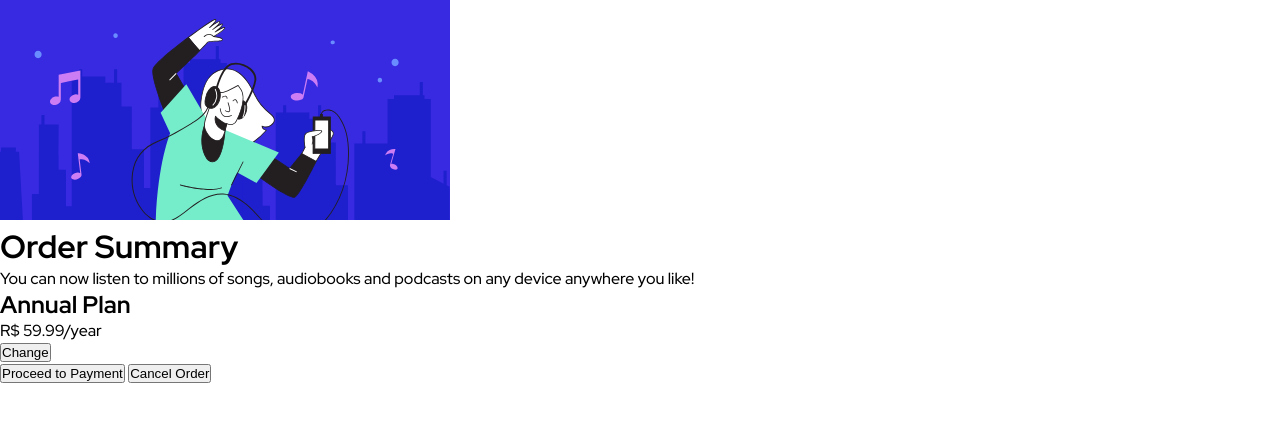
Repository: gccavalheiro/order-summary-card
Page: index.html
An editor plug-in stored every save of this project. The page is shown before and after the next save, followed by the edit.
The browser window is 1280 px wide. The pictures show the whole page.

Above is the page before, as saved 2021-12-17 01:51:45.

### index.html
<!DOCTYPE html>
<html lang="en">

<head>
  <meta charset="UTF-8" />
  <meta http-equiv="X-UA-Compatible" content="IE=edge" />
  <meta name="viewport" content="width=device-width, initial-scale=1.0" />
  <link rel="preconnect" href="https://fonts.googleapis.com">
  <link rel="preconnect" href="https://fonts.gstatic.com" crossorigin>
  <link href="https://fonts.googleapis.com/css2?family=Red+Hat+Display:wght@500;700&display=swap" rel="stylesheet">
  <link rel="icon" type="image/png" sizes="32x32" href="./images/favicon-32x32.png" />
  <title>Frontend Mentor | Order summary card</title>
  <link rel="stylesheet" href="./assets/css/main.css" />
</head>

<body>
  <main>
    <div class="card">
      <div class="card-header">
        <img src="./assets/images/illustration-hero.svg" alt="Illustration Woman">
      </div>
      <div class="card-body">
        <div class="card-info">
          <h1>Order Summary</h1>
          <p>You can now listen to millions of songs,
            audiobooks and podcasts on any device
            anywhere you like! </p>
          <div class="card-plan">
            <div class="card-plan-detail">
              <div class="card-plan-icon-detail"></div>
              <div class="card-plan-info-detail">
                <h2>Annual Plan</h2>
                <p>R$ 59.99/year</p>
              </div>
            </div>
            <button class="card-plan-button">Change</button>
          </div>
          <button class="card-button-payment">Proceed to Payment</button>
          <button class="card-button-cancel">Cancel Order</button>
        </div>
      </div>
    </div>
  </main>
</body>

</html>

### assets/css/main.css
:root {
  --primary-pale-blue: hsl(225, 100%, 94%);
  --secondary-bright-blue: hsl(245, 75%, 52%);
  --very-pale-blue:hsl(225, 100%, 98%);
  --desaturated-blue: hsl(224, 23%, 55%);
  --dark-blue: hsl(223, 47%, 23%);
  --variant-blue: hsl(245, 83%, 68%);
}

* {
  margin: 0;
  padding: 0;
  outline: 0;
  box-sizing: border-box;
  text-rendering: optimizeLegibility;
  -webkit-font-smoothing: antialiased;
  -moz-osx-font-smoothing: grayscale;
}


body {
  font-family: 'Red Hat Display', sans-serif;
  font-size: 1rem;
}

main {
  width: 100%;
  height: 100vh;
}

After the next save:
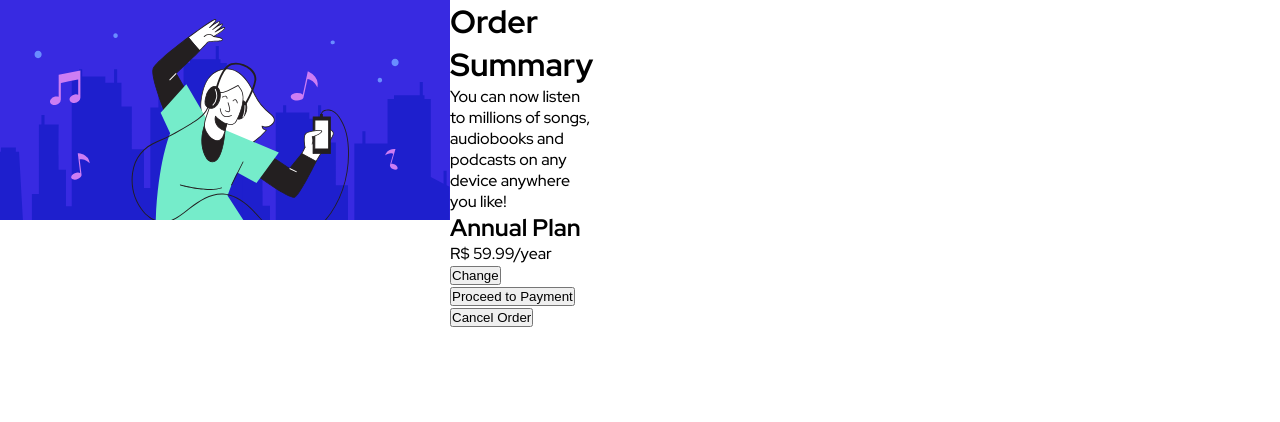
Saved 60 s later.
--- a/assets/css/main.css
+++ b/assets/css/main.css
@@ -27,3 +27,9 @@ main {
   width: 100%;
   height: 100vh;
 }
+
+.card {
+  display: flex;
+  width: 100%;
+  max-width: 450px;
+}
